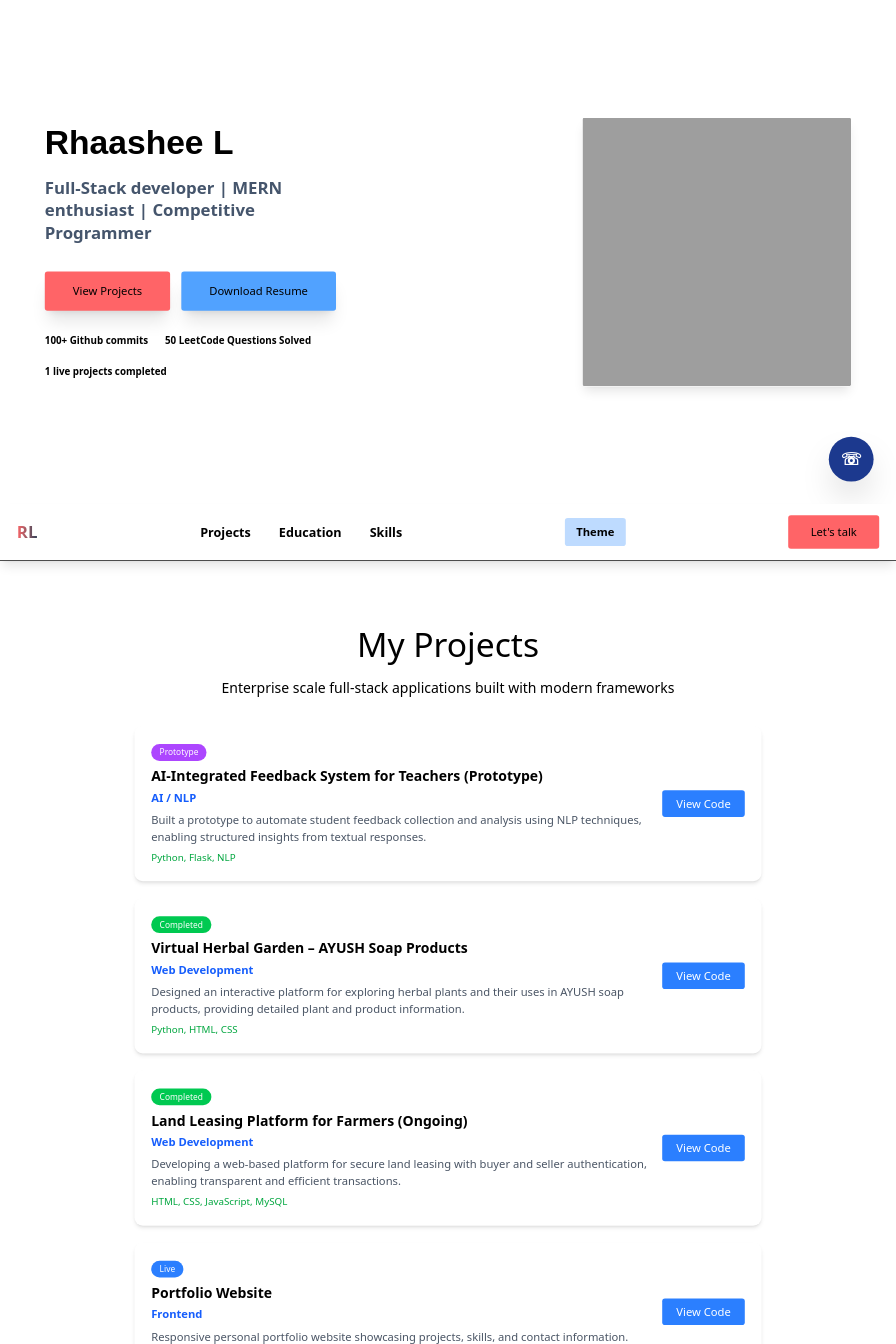
Repository: Rhaashee/myProfile
Page: index.html
The author's editor kept a copy of each file at every save. The page is drawn from the files as they stood at one save, then again after the next save.
The browser window is 1280 px wide. The pictures show the part of the page from y = 0 to 1920 px (the page is 3905 px tall before and 4649 px after), at 70% of full size.
Pictures or frames that could not be fetched are drawn as grey boxes.

Above is the page before, as saved 2026-04-29 17:11:23.
Console error: SyntaxError: Identifier 'projectsData' has already been declared
Not found: assets/images/bg.png

After the next save:
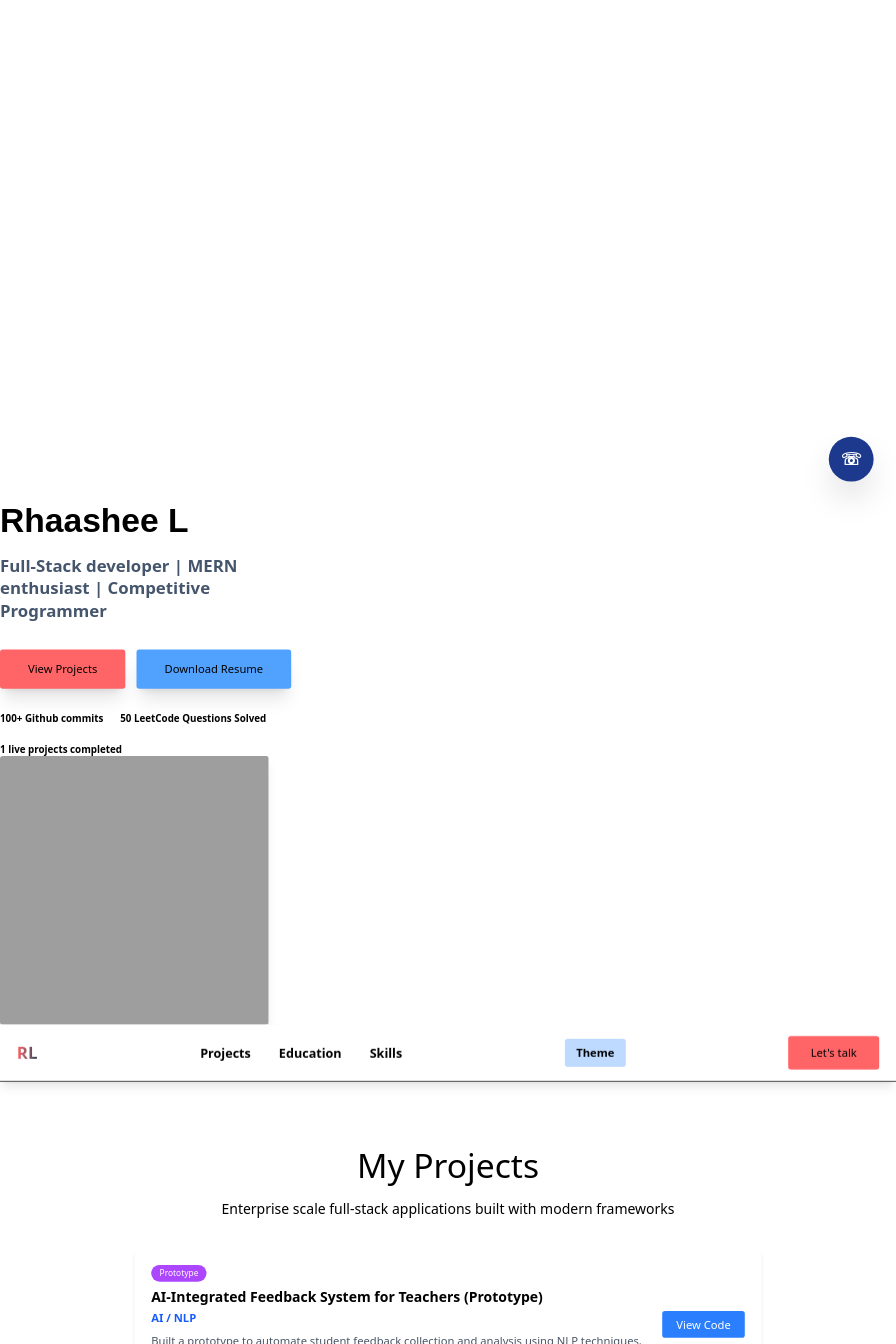
Saved 3 min 11 s later.
--- a/index.html
+++ b/index.html
@@ -18,8 +18,20 @@
     <!-- HERO SECTION -->
 
     <section
-        class="min-h-screen flex flex-col lg:flex-row lg:items-center lg:justify-between px-8 lg:px-16 py-20 gap-12 lg:gap-20 bg-cover bg-center"
-        style="background-image: url('assets/images/bg.png');">
+  class="min-h-screen bg-cover bg-center relative"
+  style="background-image: url('assets/images/bg.png');">
+
+  <!-- Overlay -->
+  <div class="absolute inset-0 bg-white/80"></div>
+
+  <!-- Content -->
+  <div class="relative flex flex-col lg:flex-row lg:items-center lg:justify-between px-8 lg:px-16 py-20 gap-12 lg:gap-20">
+
+    <!-- Your existing content here -->
+
+  </div>
+
+</section>
 
         <div class="order-2 lg:order-1 flex-1 lg:max-w-lg text-center lg:text-left">
 
